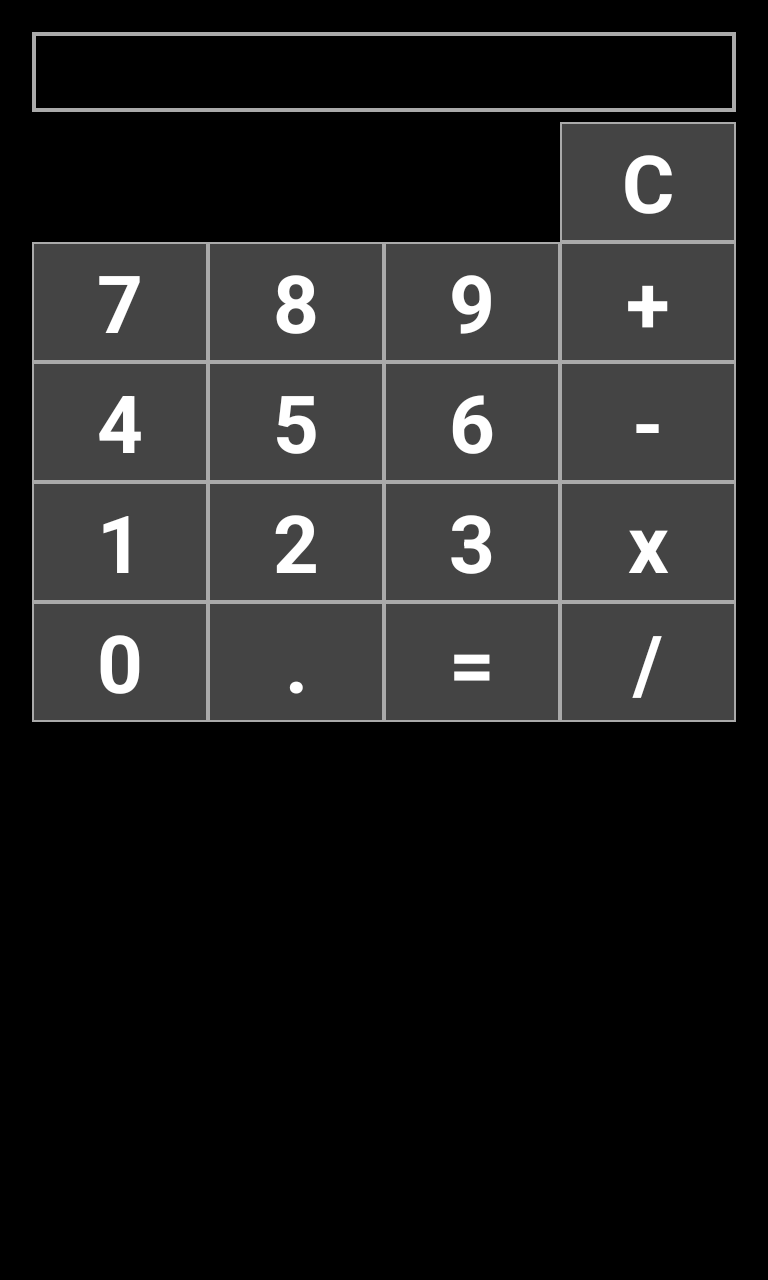
Repository: G3rcar/Android-I
Layout: SimpleCalculator/res/layout/activity_main.xml
An editor plug-in stored every save of this project. The layout is shown before and after the next save, followed by the edit.
It is drawn on a 768 x 1280 px phone screen (xhdpi) without system bars, with theme AppTheme; the app's code is not run.

Above is the layout before, as saved 2013-11-09 18:18:21.

After the next save:
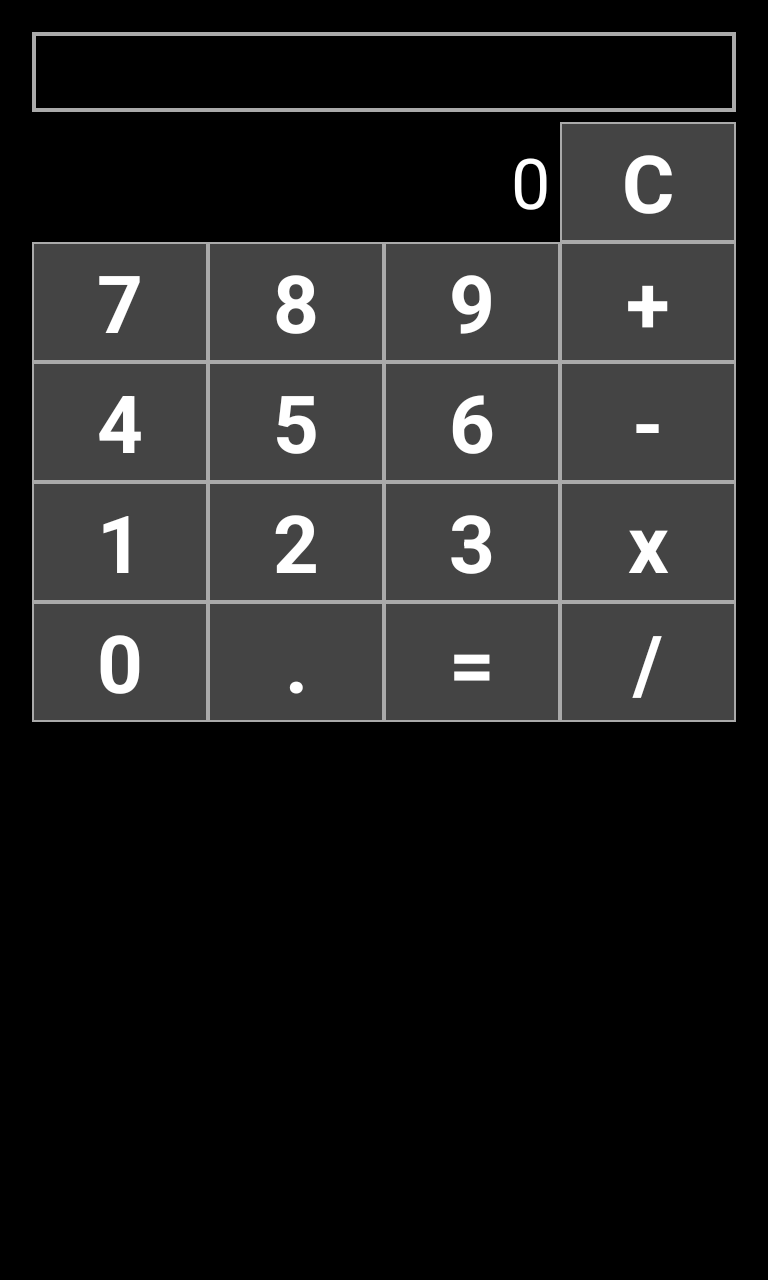
Saved 57 s later.
--- a/SimpleCalculator/res/layout/activity_main.xml
+++ b/SimpleCalculator/res/layout/activity_main.xml
@@ -30,6 +30,7 @@
                 style="@style/resultadoNumero"
                 android:layout_width="0dp"
                 android:layout_weight="3"
+                android:text="0"
                 android:layout_height="match_parent" />
 
             <Button
